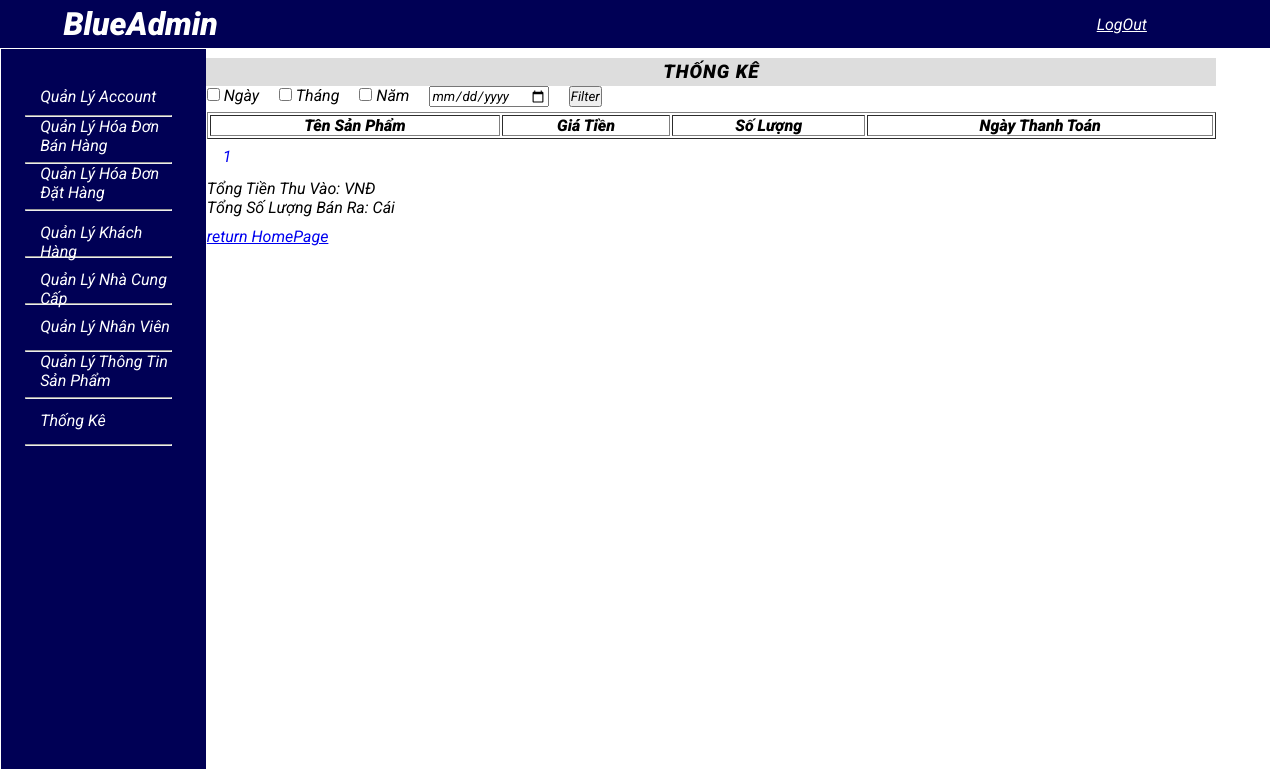
Repository: ngan429/WebsiteLaptop
Page: http://localhost/WebsiteLapTop/viewsnhanvien/ThongKeDB.jsp
The author's editor kept a copy of each file at every save. The page is drawn from the files as they stood at one save, then again after the next save.
The browser window is 1280 px wide. The pictures show the whole page.
Some web libraries are served in a nearby version. The page is served by Tomcat 9. The template is opened directly, without the code that normally fills it, so the values that code supplies are empty.

Above is the page before, as saved 2021-12-02 16:00:07.
Console error: SyntaxError: Invalid or unexpected token
Not found: DoAnLapTop/WebsiteLapTop/WebsiteLapTop/css/

After the next save:
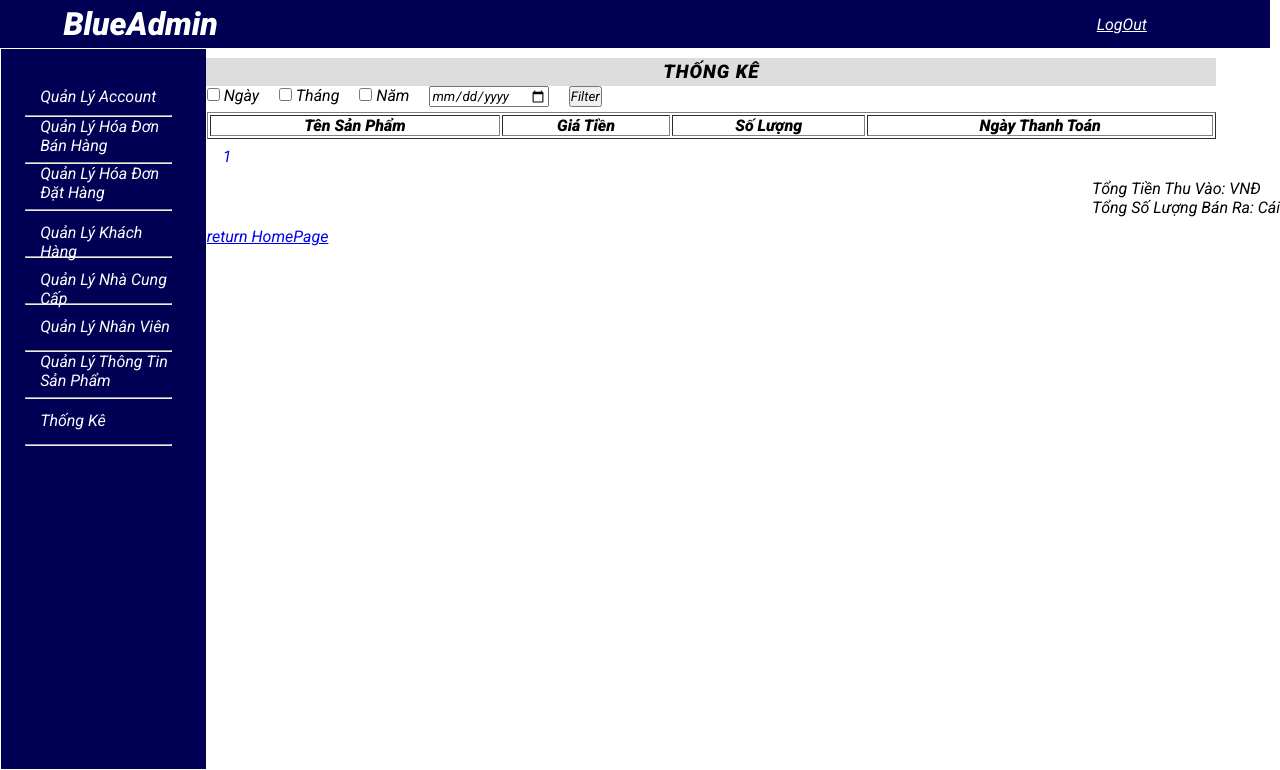
Saved 12 s later.
--- a/DoAnLapTop/WebsiteLapTop/WebContent/viewsnhanvien/ThongKeDB.jsp
+++ b/DoAnLapTop/WebsiteLapTop/WebContent/viewsnhanvien/ThongKeDB.jsp
@@ -177,7 +177,7 @@
 
 				</div>
 			</div>
-			<div style="display">
+			<div style="display:flex;justify-content: right; ">
 			<div>
 				<p>Tổng Tiền Thu Vào: ${tongtien} VNĐ</p>
 				<p>Tổng Số Lượng Bán Ra: ${tongsoluong} Cái</p></div>
